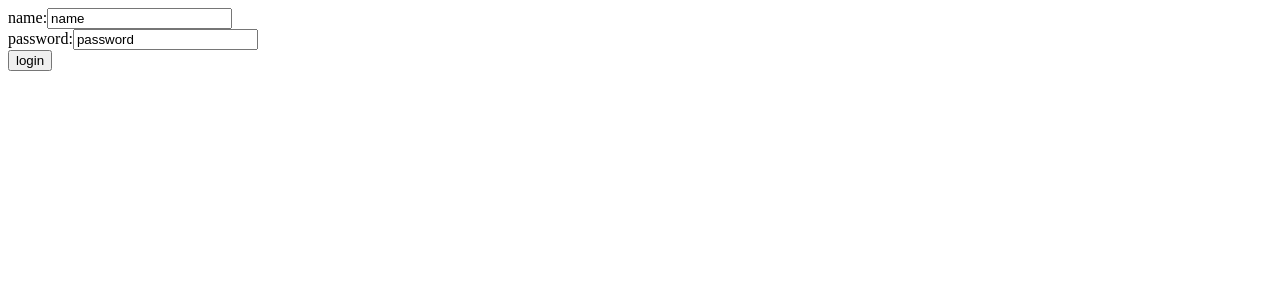
Repository: venkatasuryarameshbabu/palmetopractice
Page: cookies/WebContent/login.html
These files come from the project's save history. The page is drawn as it stood at one moment and after the next save; the edit follows.
The browser window is 1280 px wide. The pictures show the whole page.

Above is the page before, as saved 2020-02-07 06:08:00.

### cookies/WebContent/login.html
<!DOCTYPE html>
<html>
<head>
<meta charset="ISO-8859-1">
<title></title>
</head>
<body>
<form="loginservlet">
name:<input type="text" value="name"/></br>
password:<input type="text" value="password"/></br>
   <input type="submit" value="login"/>
</form>
</body>
</html>

After the next save:
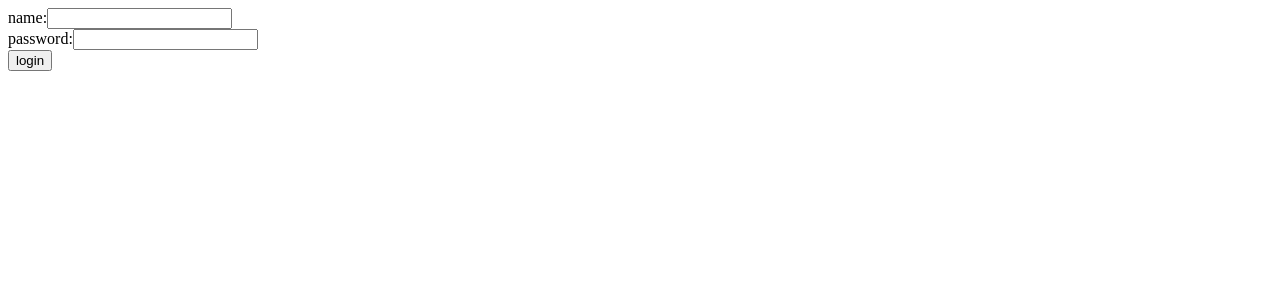
Saved 6 min 14 s later.
--- a/cookies/WebContent/login.html
+++ b/cookies/WebContent/login.html
@@ -6,8 +6,8 @@
 </head>
 <body>
 <form="loginservlet">
-name:<input type="text" value="name"/></br>
-password:<input type="text" value="password"/></br>
+name:<input type="text" name="name"/></br>
+password:<input type="text" name="password"/></br>
    <input type="submit" value="login"/>
 </form>
 </body>
